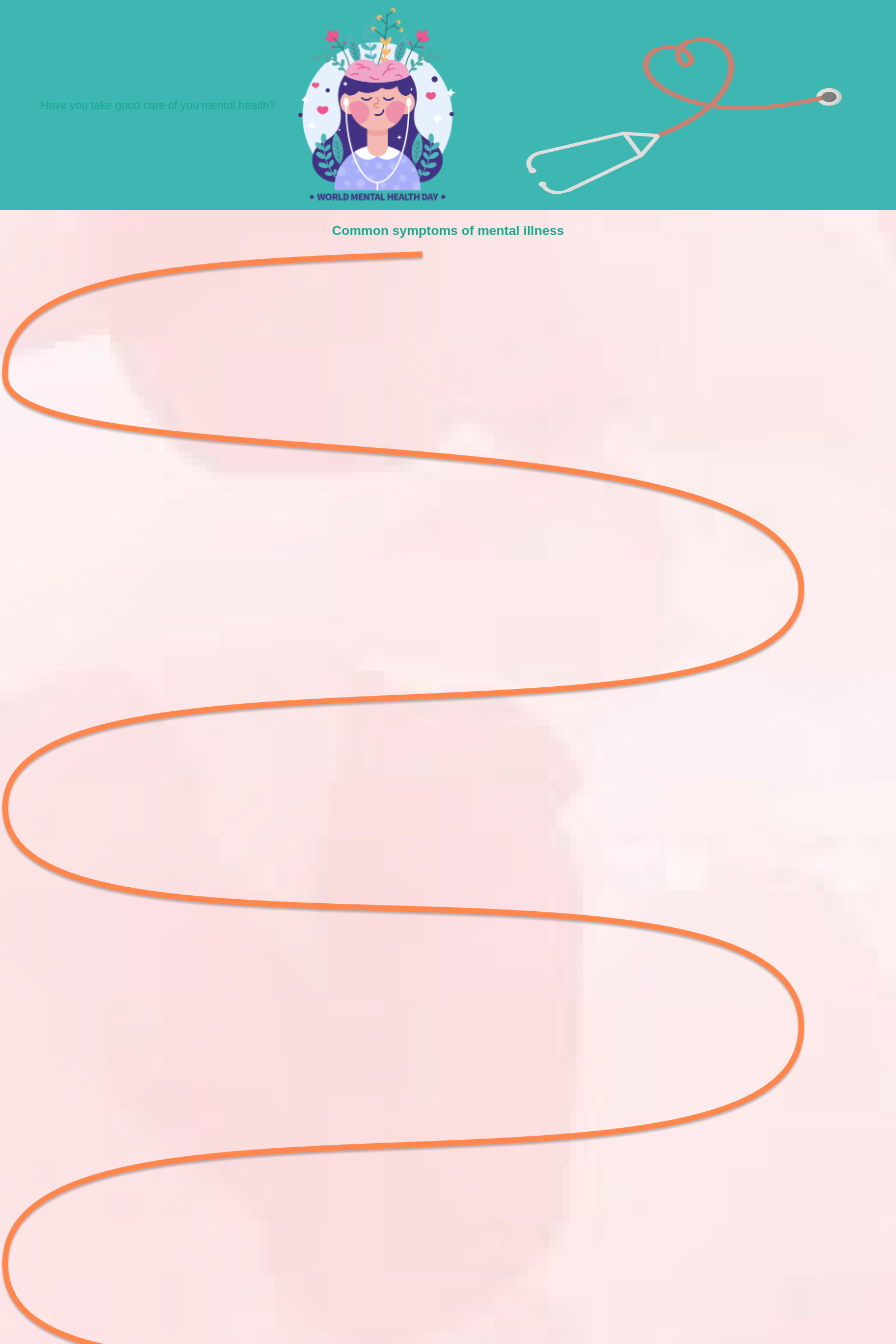
Repository: zzs1/2109-Dynamic-Content-Project
Page: Shin_code/index.html
The author's editor kept a copy of each file at every save. The page is drawn from the files as they stood at one save, then again after the next save.
The browser window is 1280 px wide. The pictures show the part of the page from y = 0 to 1920 px (the page is 2930 px tall), at 70% of full size.
Some web fonts or font styles are not loaded; a fallback is used.

Above is the page before, as saved 2021-03-09 00:06:11.

After the next save:
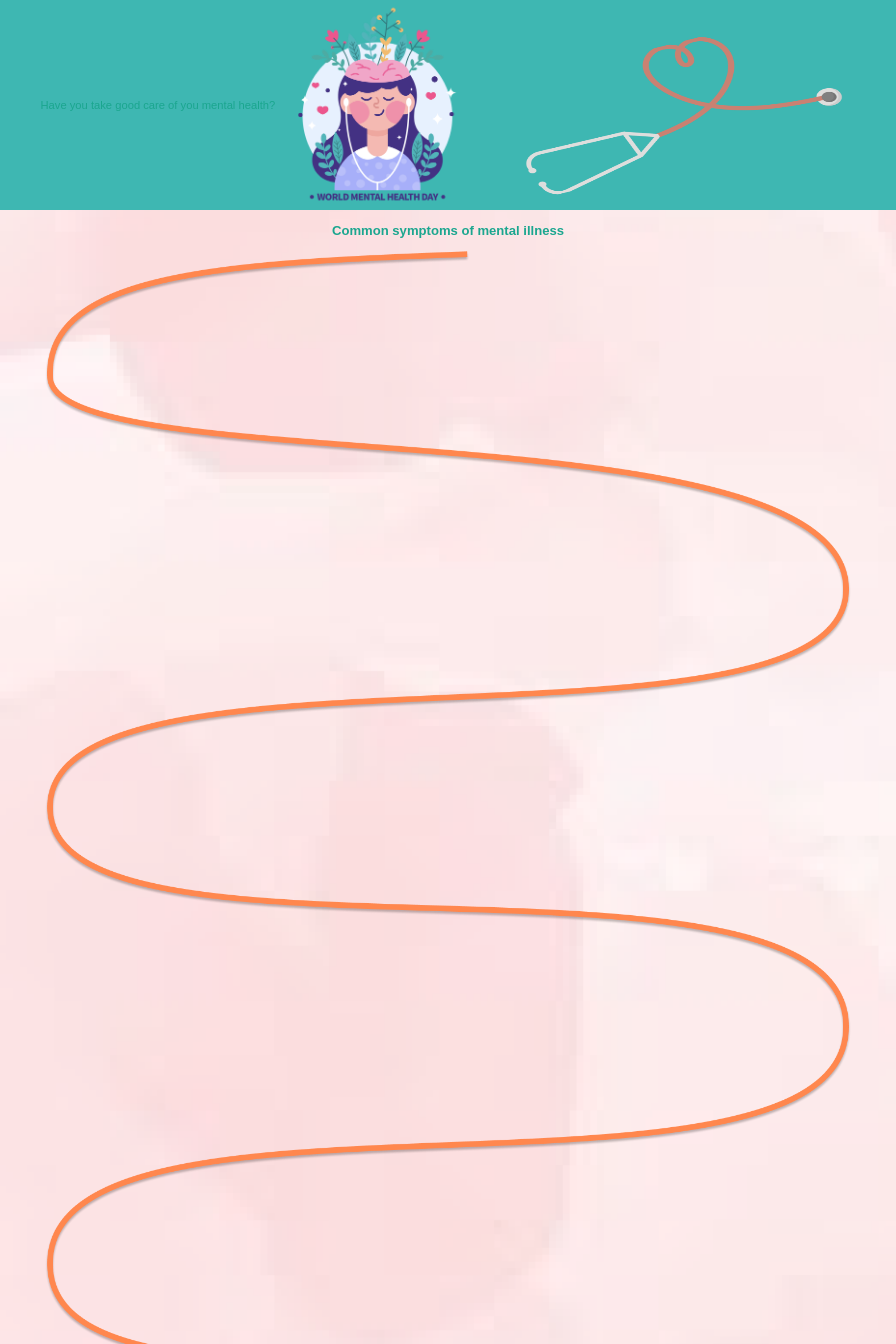
Saved 33 s later.
--- a/Shin_code/index.css
+++ b/Shin_code/index.css
@@ -88,7 +88,9 @@ height: 265px;
 }
 .arrow{
   z-index: -1;
-
+  display: block;
+  margin-left: auto;
+  margin-right: auto;
 
 }
 
